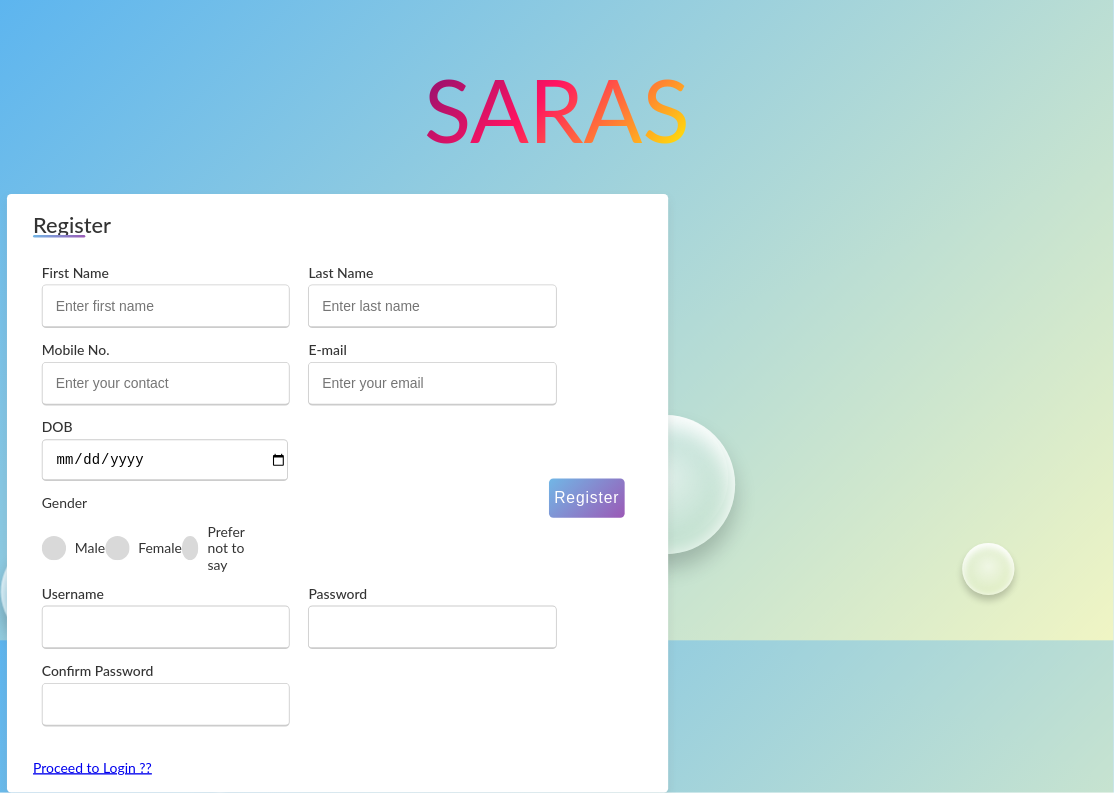
Repository: Muskan-Varma/InnoHeart
Page: http://localhost/pages/register.php
These files come from the project's save history. The page is drawn as it stood at one moment and after a run of saves; the edit follows.
The browser window is 1280 px wide. The pictures show the whole page, at 87% of full size.
The page is run by PHP 8.4 with error messages shown; the project is at /var/www/html/.

Above is the page before, as saved 2024-09-21 16:22:16.

After the next 5 saves:
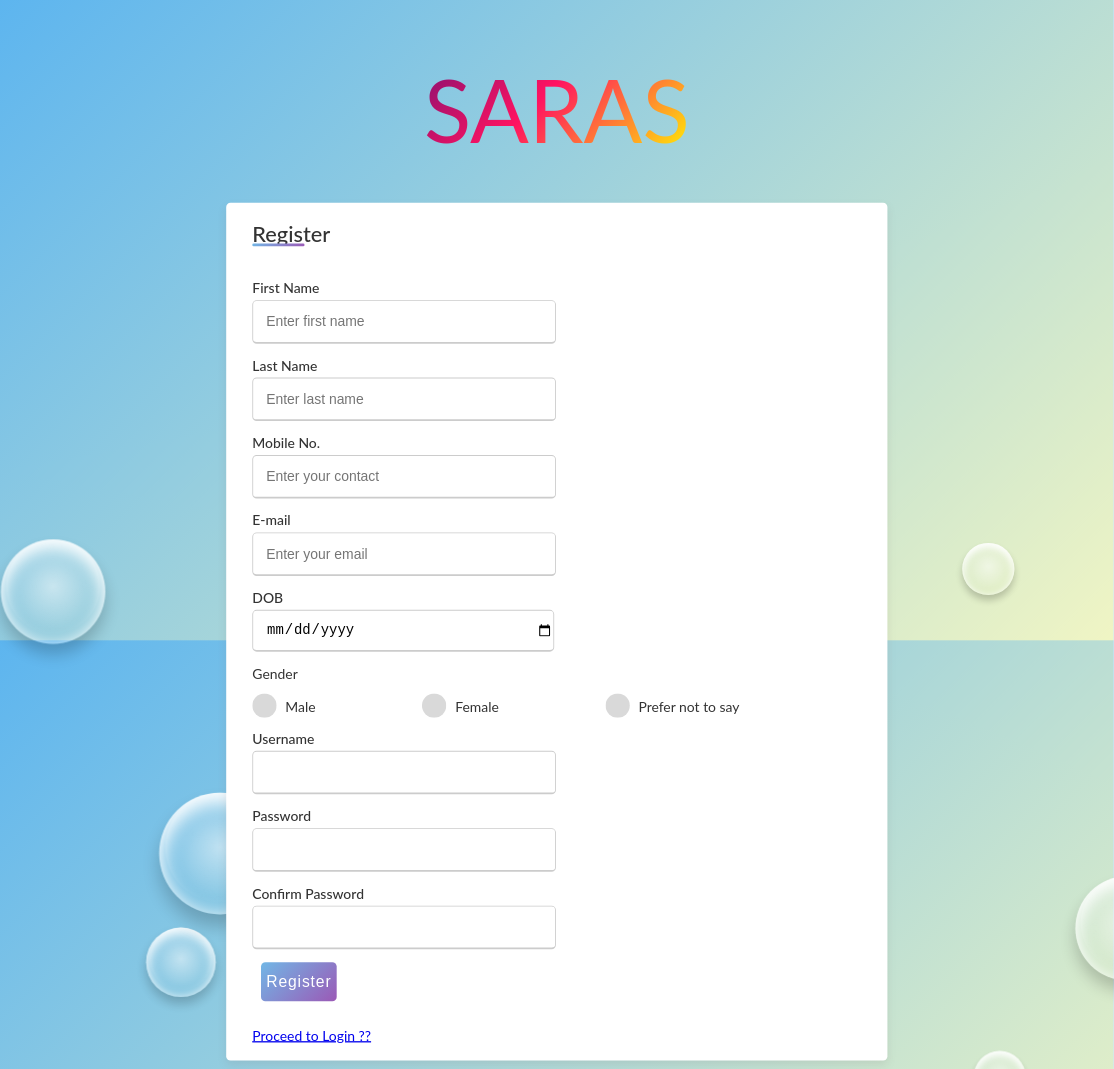
The 5 saves are shown as one change because they came seconds apart.
The last was saved 76 s later.
--- a/pages/register.php
+++ b/pages/register.php
@@ -111,10 +111,9 @@
         }
     ?>
 
-    <div class="container">
+    <form method="post" action="register.php"><div class="container">
         <div class="title">Register</div>
-        <div class="content">
-            <form method="post" action="register.php">
+            <div class="content">
                 <br><br>
                 <div class="user-details">
                     <div class="input-box">
